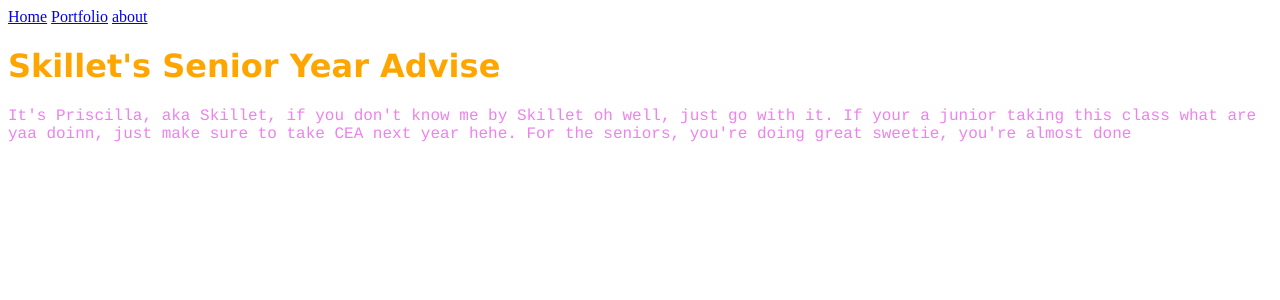
Repository: Priskillet/Priskillet.github.io
Page: My_website/index.html
The author's editor kept a record of every edit. The page is drawn from the files as they stood at one moment, then again after the next edit.
The browser window is 1280 px wide. The pictures show the whole page.

Above is the page before.

After the next edit:
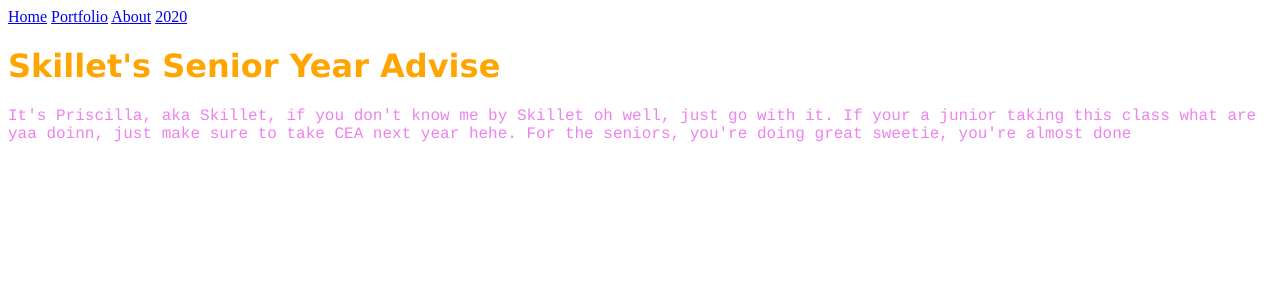
The edit:
--- a/My_website/index.html
+++ b/My_website/index.html
@@ -7,7 +7,8 @@
   <body>
     <a href="index.html">Home</a>
     <a href="portfolio.html">Portfolio</a>
-        <a href="about.html">about</a>
+        <a href="about.html">About</a>
+            <a href="2020.html">2020</a>
   </body>
   <head>
 <style>
